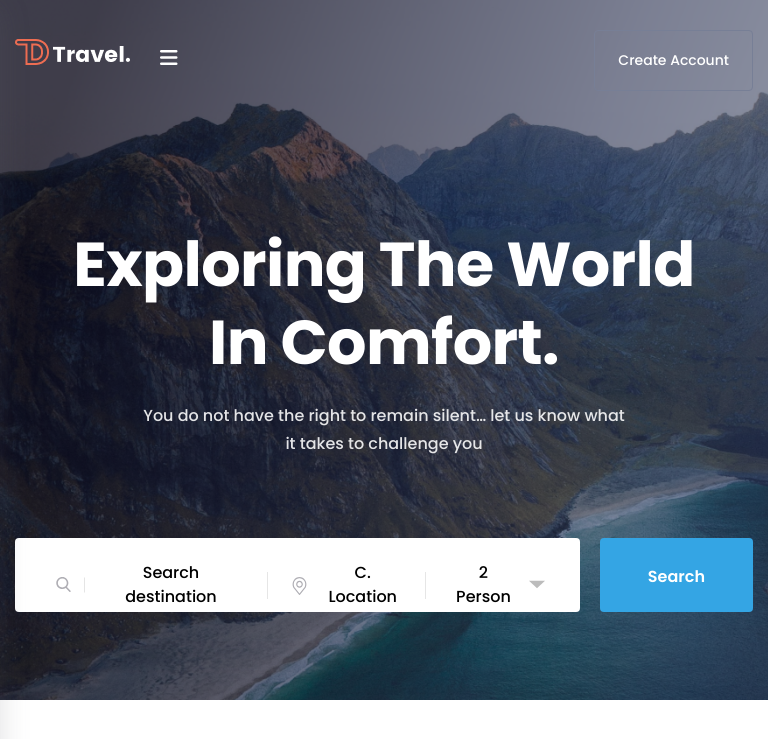
Repository: hoang0508/LandingPage-CodeTravel2
Page: index.html
These files come from the project's save history. The page is drawn as it stood at one moment and after the next save; the edit follows.
The browser window is 768 px wide. The pictures show the whole page.
Some web libraries are served in a nearby version. The style sheet was rebuilt from its Sass, Less or Tailwind sources for each picture, by a compiler version that may differ from the author's.

Above is the page before, as saved 2022-09-16 14:32:00.

After the next save:
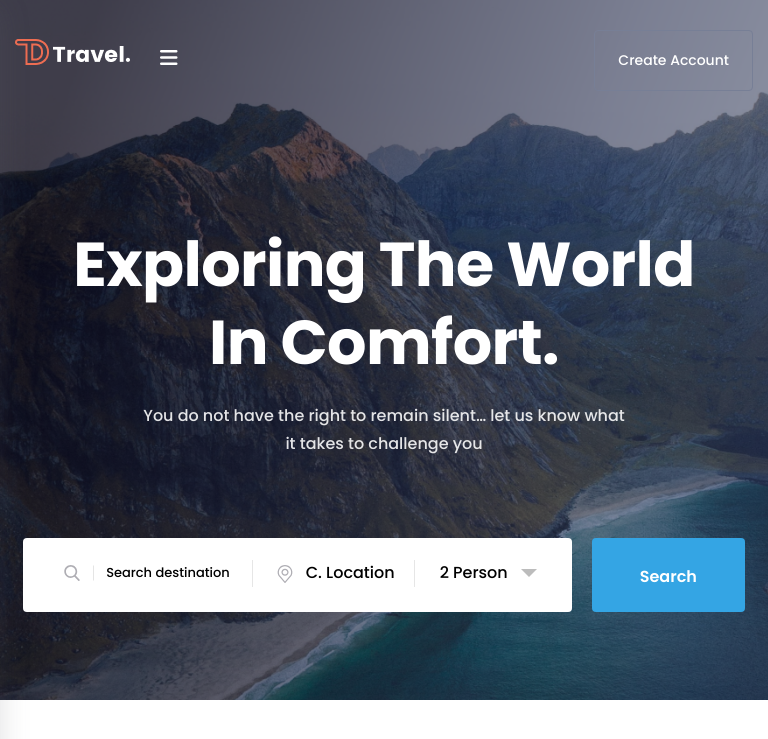
Saved 4 min 8 s later.
--- a/sass/_header.scss
+++ b/sass/_header.scss
@@ -168,5 +168,8 @@
     &-menu--active {
       transform: translate(0);
     }
+    .form-down--text-txt {
+      font-size: 13px;
+    }
   }
 }
